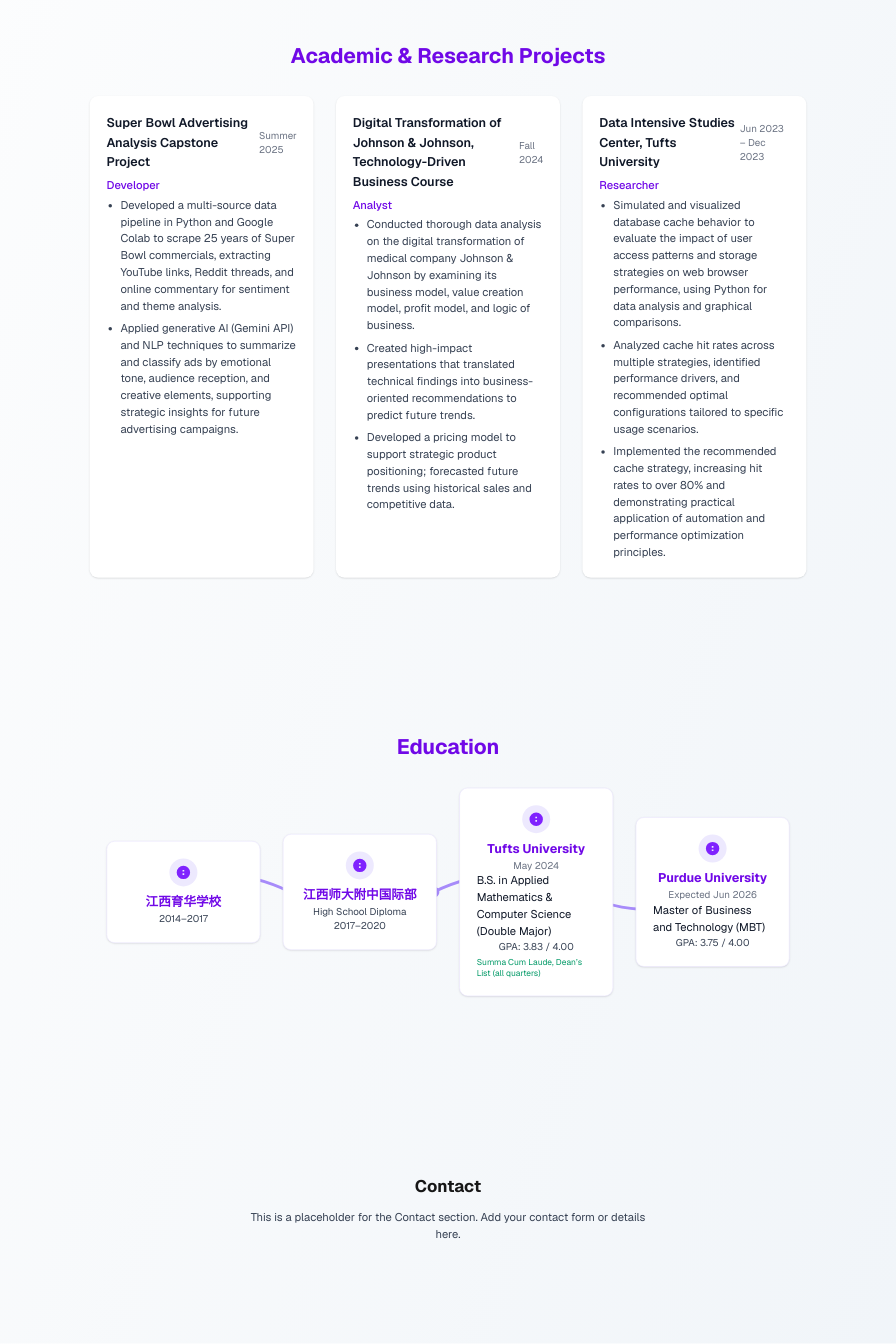
Repository: winniewyl/personal-portfolio
Page: /
The author's editor kept a copy of each file at every save. The page is drawn from the files as they stood at one save, then again after the next save.
The browser window is 1280 px wide. The pictures show the part of the page from y = 1875 to 3795 px (the page is 3795 px tall before and 3771 px after), at 70% of full size.
The project was rebuilt for these pictures with package versions that can differ from the ones it lists, and the page was loaded fresh each time. The framework's server and built-in components were replaced by stand-ins that run in the browser. Also part of the build but not shown: next.config.ts.

Above is the page before, as saved 2025-07-22 12:06:23.

After the next save:
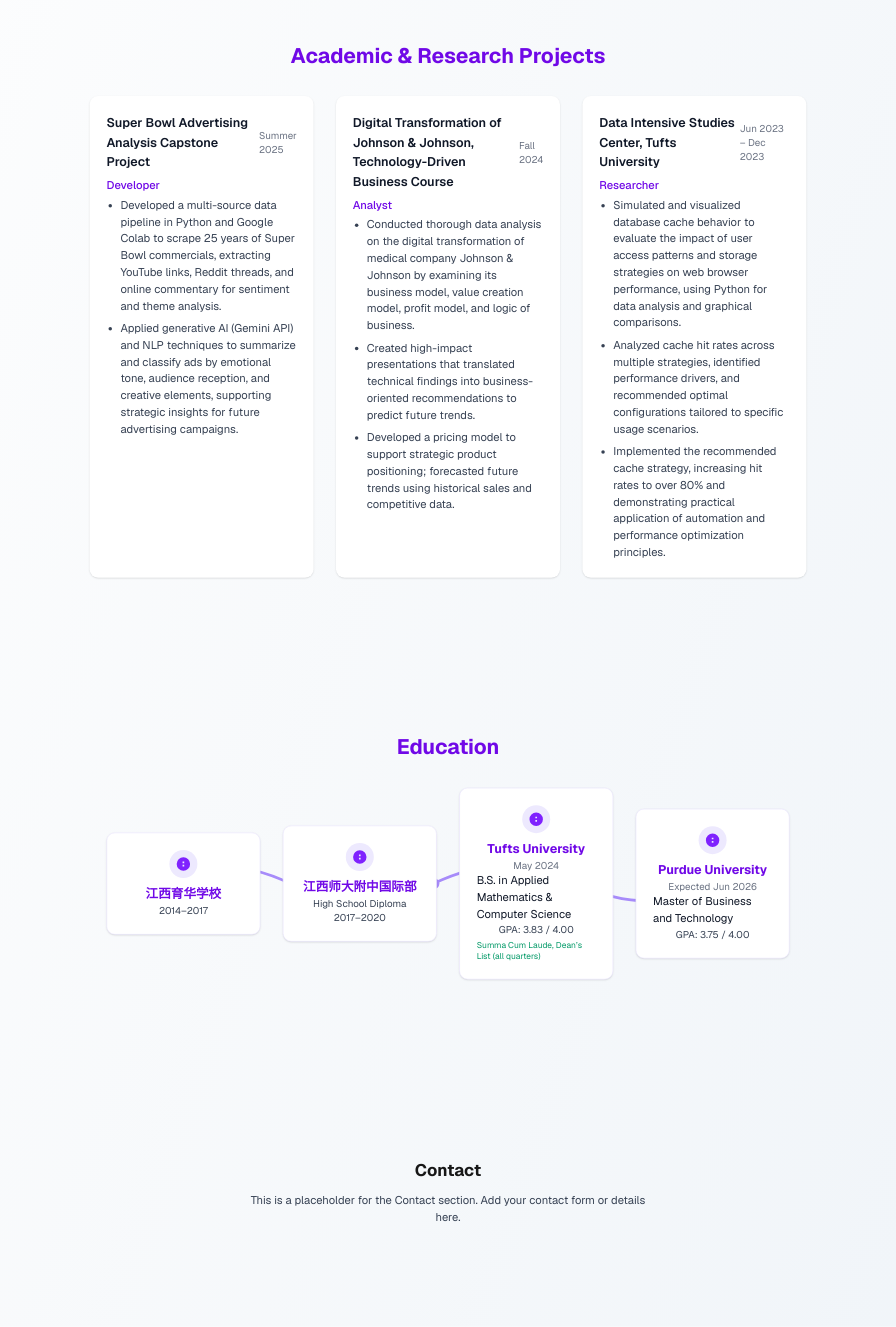
Saved 80 s later.
--- a/src/app/page.tsx
+++ b/src/app/page.tsx
@@ -274,7 +274,7 @@ export default function Home() {
                   May 2024
                 </span>
                 <span className="text-gray-900 dark:text-white">
-                  B.S. in Applied Mathematics & Computer Science (Double Major)
+                  B.S. in Applied Mathematics & Computer Science
                 </span>
                 <span className="text-sm text-gray-700 dark:text-gray-300">
                   GPA: 3.83 / 4.00
@@ -301,7 +301,7 @@ export default function Home() {
                   Expected Jun 2026
                 </span>
                 <span className="text-gray-900 dark:text-white">
-                  Master of Business and Technology (MBT)
+                  Master of Business and Technology
                 </span>
                 <span className="text-sm text-gray-700 dark:text-gray-300">
                   GPA: 3.75 / 4.00
